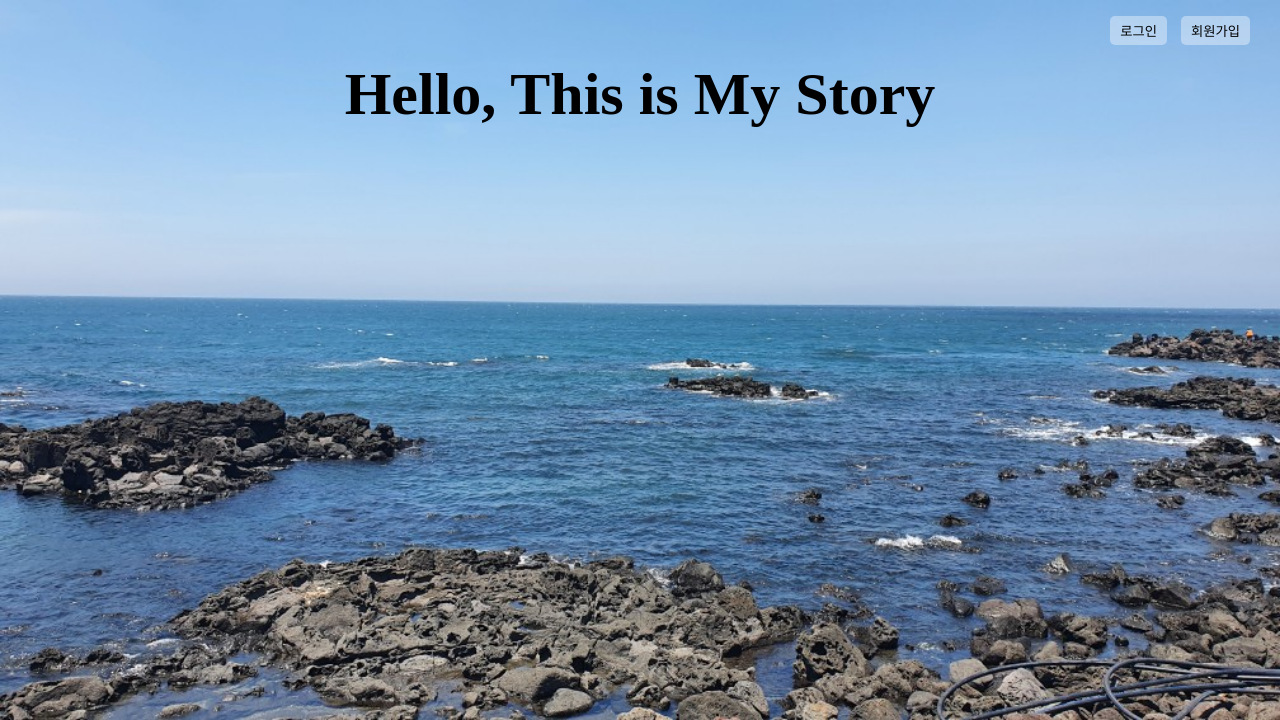
Repository: jeeniii/test2022_12_29
Page: http://localhost/portfolio/mem/login_auth
An editor plug-in stored every save of this project. The page is shown before and after the next save, followed by the edit.
The browser window is 1280 px wide. The pictures show the whole page.
The page is served by Tomcat 9. Queries for data that is not in the repository find no rows.

Above is the page before, as saved 2022-12-13 06:48:50.

After the next save:
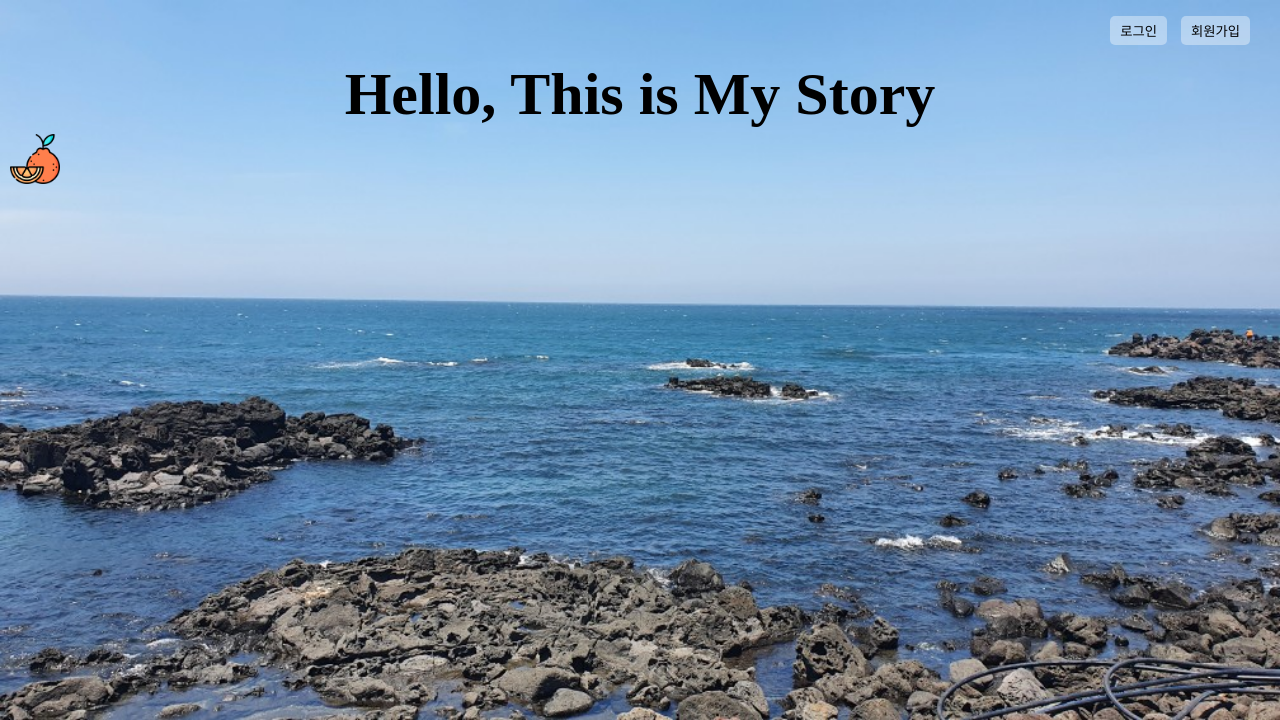
Saved 28 s later.
--- a/JSP_Portfolio/portfolio/src/main/webapp/index.jsp
+++ b/JSP_Portfolio/portfolio/src/main/webapp/index.jsp
@@ -7,6 +7,7 @@
 <meta charset="UTF-8">
 <title>Insert title here</title>
 <%@ include file="/header.jsp" %>
+<%@ include file="/footer.jsp" %>
 </head>
 <body>
 
